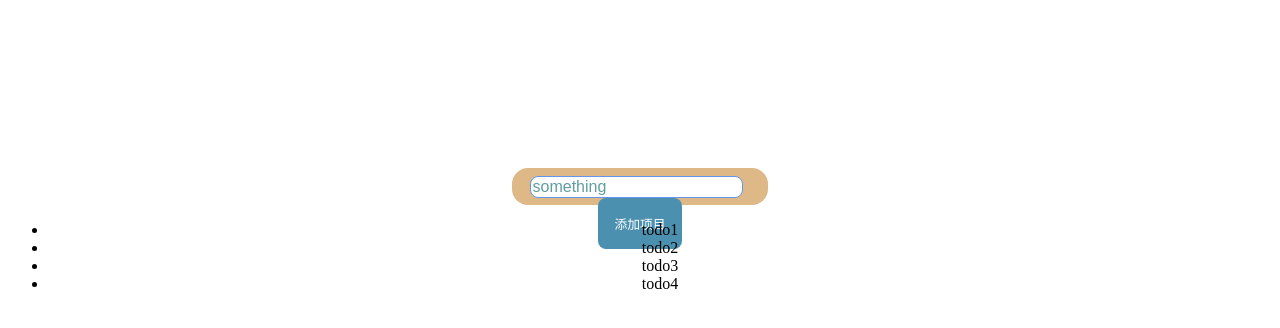
Repository: ArtemisWang/todolistProject
Page: /
An editor plug-in stored every save of this project. The page is shown before and after a run of saves, followed by the edit.
The browser window is 1280 px wide. The pictures show the whole page.
The project was rebuilt for these pictures with package versions that can differ from the ones it lists, and the page was loaded fresh each time.

Above is the page before, as saved 2020-02-28 21:51:54.

After the next 2 saves:
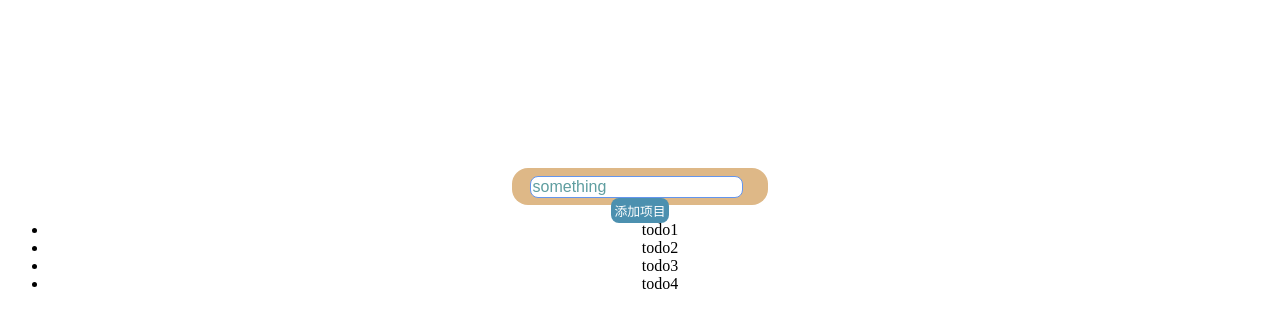
The 2 saves are shown as one change because they came seconds apart.
The last was saved 9 s later.
--- a/src/App.css
+++ b/src/App.css
@@ -29,7 +29,7 @@
     background-color: rgb(76, 144, 175);
     border: none;
     color: white;
-    padding: 1rem;
+    padding: .2rem;
     text-align: center;
     text-decoration: none;
     display: inline-block;
